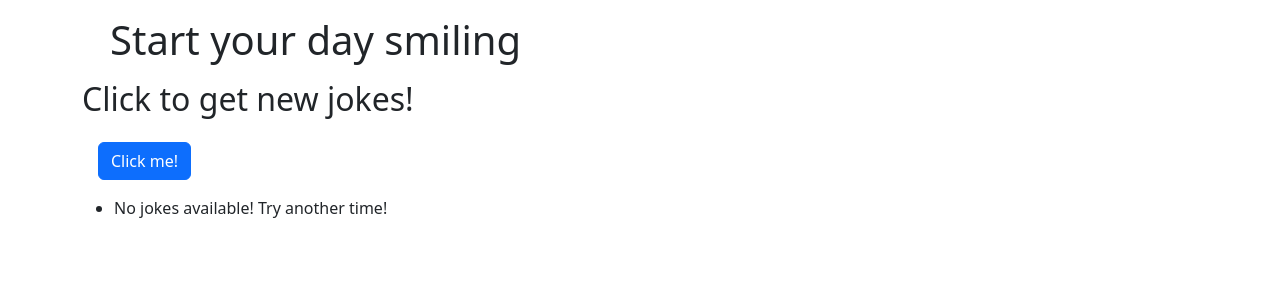
Repository: danieltikamori/wdb
Page: projects/Joke Machine/index.html
The author's editor kept a copy of each file at every save. The page is drawn from the files as they stood at one save, then again after the next save.
The browser window is 1280 px wide. The pictures show the whole page.
After loading, the first visible `#jokeButton` was clicked once.
The page's requests for data from a server got no answer. Some web libraries are served in a nearby version.

Above is the page before, as saved 2023-01-28 18:06:01.

After the next save:
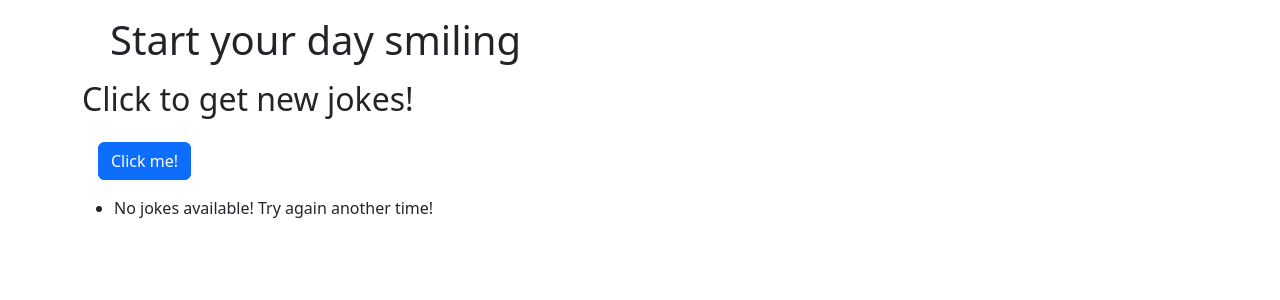
Saved 18 s later.
--- a/projects/Joke Machine/app.js
+++ b/projects/Joke Machine/app.js
@@ -18,7 +18,7 @@
     const response = await axios.get("https://icanhazdad4joke.com/", config);
     return response.data.joke;
   } catch (err) {
-    return "No jokes available! Try another time!";
+    return "No jokes available! Try again another time!";
   }
 };
 button.addEventListener("click", addNewJoke); //Event listener must be after the function
